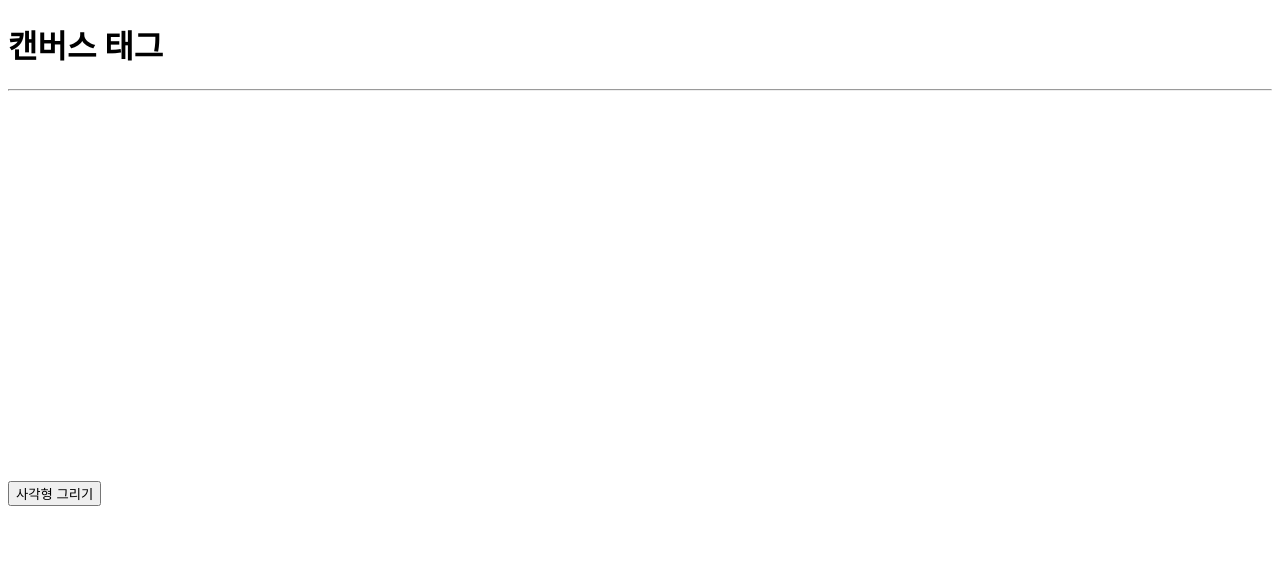
Repository: seokhoyoun/HTML_CSS
Page: html5Projects/web/views/testCanvas.html
The author's editor kept a copy of each file at every save. The page is drawn from the files as they stood at one save, then again after the next save.
The browser window is 1280 px wide. The pictures show the whole page.

Above is the page before, as saved 2019-02-01 10:14:49.

After the next save:
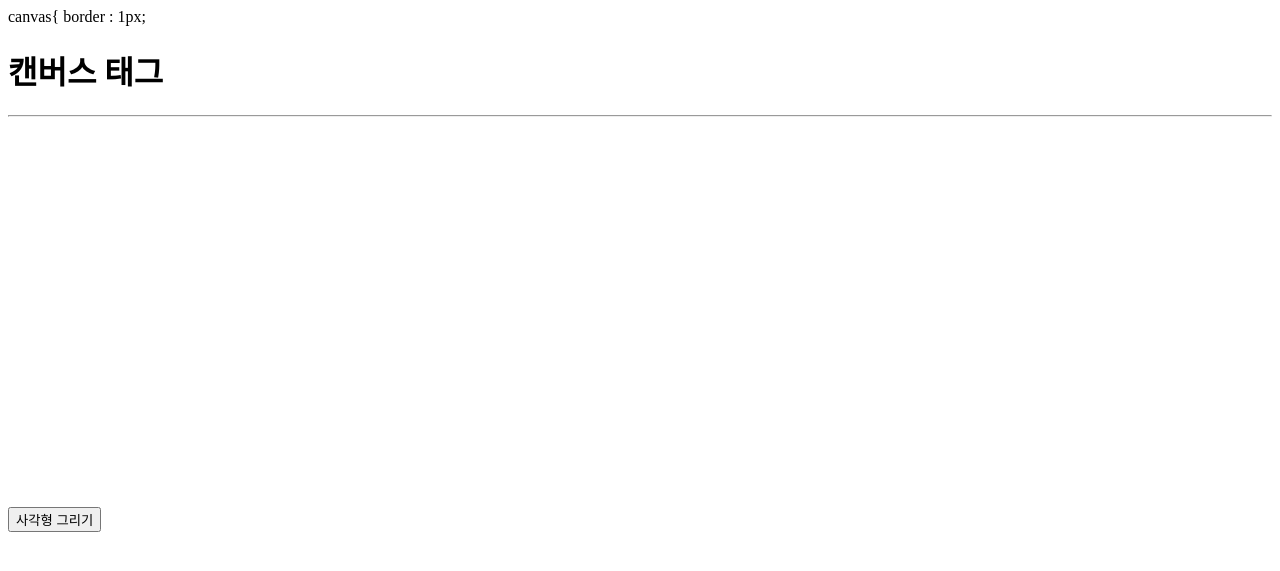
Saved 71 s later.
--- a/html5Projects/web/views/testCanvas.html
+++ b/html5Projects/web/views/testCanvas.html
@@ -4,7 +4,8 @@
 <meta charset="UTF-8">
 <title>canvas</title>
 <style type="text/css"></style>
-
+		canvas{
+		border : 1px;
 <script type="text/javascript">
 	function draw_m(){
 		var m_canvas = document.getElementByid("m");
